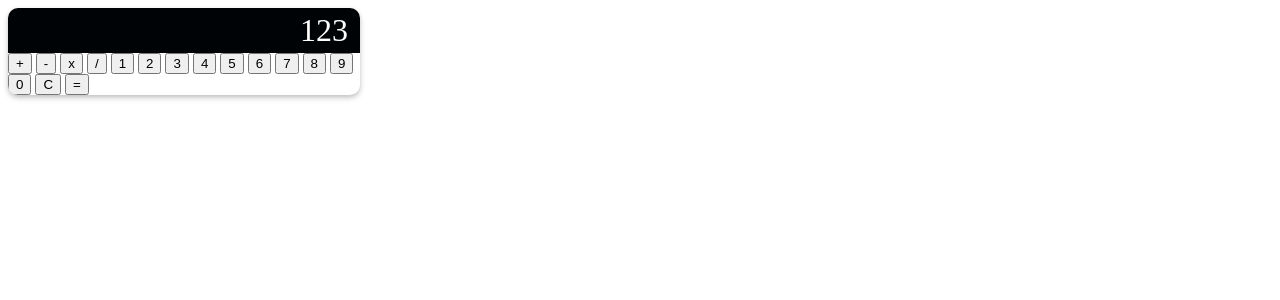
Repository: TEazy2433/LAB-calculator
Page: index.html
The author's editor kept a copy of each file at every save. The page is drawn from the files as they stood at one save, then again after the next save.
The browser window is 1280 px wide. The pictures show the whole page.

Above is the page before, as saved 2023-10-14 10:06:14.

After the next save:
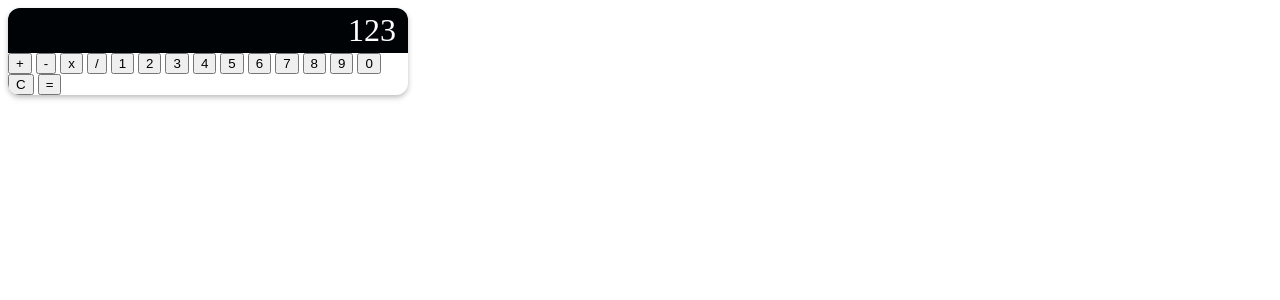
Saved 20 s later.
--- a/main.css
+++ b/main.css
@@ -1,6 +1,6 @@
 .calculator{
-  max-inline-size: 22rem;
-  border-radius: 10px;
+  max-inline-size: 25rem;
+  border-radius: 12px;
   overflow: hidden;
   box-shadow: 0px 3px 6px 0px rgba(0, 0, 0, 0.15), 0px 2px 4px 0px rgba(0, 0, 0, 0.12);
 
